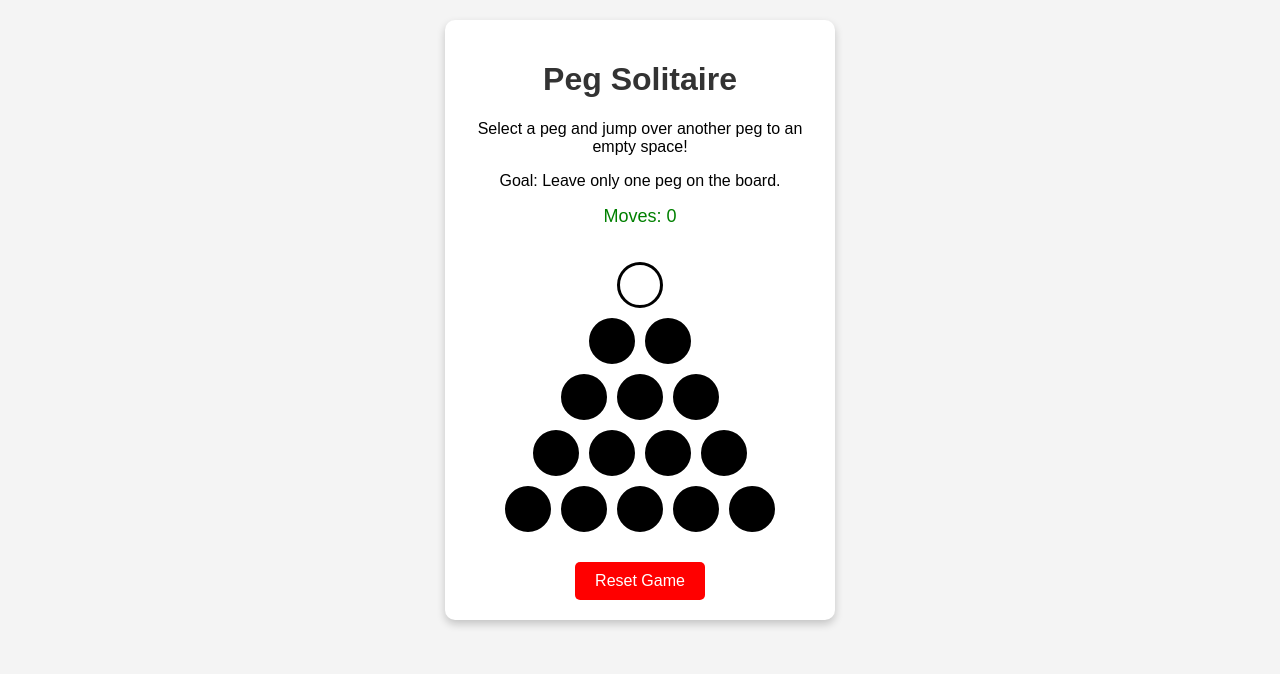
Repository: Yash19075/Mathematical-Peg-game
Page: Peg-game.html
An editor plug-in stored every save of this project. The page is shown before and after the next save, followed by the edit.
The browser window is 1280 px wide. The pictures show the whole page.

Above is the page before, as saved 2025-03-19 10:30:39.

### Peg-game.html
<!DOCTYPE html>
<html lang="en">
<head>
    <meta charset="UTF-8">
    <meta name="viewport" content="width=device-width, initial-scale=1.0">
    <title>Peg Solitaire</title>
    <link rel="stylesheet" href="Peg-game.css">
</head>
<body>

    <div class="container">
        <h1>Peg Solitaire</h1>
        <p>Select a peg and jump over another peg to an empty space!</p>
        <p>Goal: Leave only one peg on the board.</p>

        <div id="move-counter">Moves: 0</div>

        <div class="peg-board">
            <div class="row">
                <div class="peg" onclick="selectPeg(event)"></div>
            </div>
            <div class="row">
                <div class="peg" onclick="selectPeg(event)"></div>
                <div class="peg" onclick="selectPeg(event)"></div>
            </div>
            <div class="row">
                <div class="peg" onclick="selectPeg(event)"></div>
                <div class="peg" onclick="selectPeg(event)"></div>
                <div class="peg" onclick="selectPeg(event)"></div>
            </div>
            <div class="row">
                <div class="peg" onclick="selectPeg(event)"></div>
                <div class="peg" onclick="selectPeg(event)"></div>
                <div class="peg" onclick="selectPeg(event)"></div>
                <div class="peg" onclick="selectPeg(event)"></div>
            </div>
            <div class="row">
                <div class="peg" onclick="selectPeg(event)"></div>
                <div class="peg" onclick="selectPeg(event)"></div>
                <div class="peg" onclick="selectPeg(event)"></div>
                <div class="peg" onclick="selectPeg(event)"></div>
                <div class="peg" onclick="selectPeg(event)"></div>
            </div>
        </div>

        <button id="reset-btn" onclick="resetGame()">Reset Game</button>
    </div>

    <script src="Peg-game.js"></script>
</body>
</html>

### Peg-game.css
body {
    font-family: Arial, sans-serif;
    text-align: center;
    background-color: #f4f4f4;
}

.container {
    margin: 20px auto;
    width: 350px;
    background: white;
    padding: 20px;
    border-radius: 10px;
    box-shadow: 0 4px 8px rgba(0, 0, 0, 0.2);
}

h1 {
    color: #333;
}

.peg-board {
    display: flex;
    flex-direction: column;
    align-items: center;
    margin-top: 30px;
}

.row {
    display: flex;
    justify-content: center;
}

.peg {
    width: 40px;
    height: 40px;
    margin: 5px;
    background-color: white;
    border: 3px solid black;
    border-radius: 50%;
    cursor: pointer;
}

.peg:hover {
    background-color: lightgray;
}

#reset-btn {
    margin-top: 25px;
    padding: 10px 20px;
    font-size: 16px;
    background-color: red;
    color: white;
    border: none;
    cursor: pointer;
    border-radius: 5px;
}

#reset-btn:hover {
    background-color: darkred;
}

#move-counter {
    font-size: 18px;
    margin-top: 10px;
    color: green;
}

### Peg-game.js
let peg = [
    [0],
    [1,1],
    [1,1,1],
    [1,1,1,1],
    [1,1,1,1,1]
];
var moves = [];
for(let r = 0; r<20;r++)
{
    moves[r] = [];
}

let pegs = document.querySelectorAll(".peg");
// console.log(pegs);
let index = 0;
for(let i = 0; i< peg.length; i++)
{
    for(let j = 0; j < peg[i].length; j++)
        {
            if(peg[i][j] == 1)
            {
                pegs[index].style.backgroundColor = "black";
            }
            // console.log(`Peg at (${i}, ${j}): ${peg[i][j]}`);
            pegs[index].dataset.row = i;
            pegs[index].dataset.col = j;
            index++;
        }
}

// for (let peg of pegs) {
//     console.log(`Peg at index ${peg.dataset.row}, ${peg.dataset.col}`);
// }
let selectedPeg;
function selectPeg(event)
{
    // console.log("👉 CLICKED ELEMENT:", event.target);
    // console.log("🔍 DATASET:", event.target.dataset);
    let moveCount;
    let selected = event.target;
    let rowNO = parseInt(selected.dataset.row);
    let colNO = parseInt(selected.dataset.col);
    // console.log("🔍 DATASET:", rowNO ,colNO);
    if (selected.style.backgroundColor === "green" ) return;
    // console.log(`Selected ${rowNO}, ${colNO}`);
    // console.log(`The value of peg is ${peg[rowNO][colNO]}`);
    moveCount = validMoves(rowNO,colNO);
    if(selectedPeg == selected)
    {
        selectedPeg = null;
        return;
    }
    selectedPeg = selected;
    // console.log("Selected peg is ", selectedPeg);
    // console.log(moves)
    if(moveCount === 0)
        alert("No moves");
    for(let i = 0; i<moveCount;i++)
    {
        let target_row = moves[i][2];
        let target_col = moves[i][3];
        let index2 = move_to_index(target_row,target_col);
        pegs[index2].style.backgroundColor = "green";
        pegs[index2].addEventListener("click", movePeg)
    }
    // movePeg();
}

function movePeg(event) {
    // console.log("Selected peg is ", selectedPeg);
    let targeted = event.target;
    let targetRowNO = parseInt(targeted.dataset.row);
    let targetColNO = parseInt(targeted.dataset.col);

    let selectedRowNo = parseInt(selectedPeg.dataset.row);
    let selectedColNo = parseInt(selectedPeg.dataset.col);

    let midRowNo = (targetRowNO + selectedRowNo) / 2;
    let midColNo =(targetColNO + selectedColNo) / 2;

    if (peg[midRowNo][midColNo] == 0 || peg[targetRowNO][targetColNO] == 1 || peg[selectedRowNo][selectedColNo] == 0) {
        // console.log("Invalid move: Check peg positions.");
        return;
    }

    let selectedIndex = move_to_index(selectedRowNo, selectedColNo);
    let targetIndex = move_to_index(targetRowNO, targetColNO);
    let middleIndex = move_to_index(midRowNo, midColNo);

    peg[targetRowNO][targetColNO] = 1;
    peg[midRowNo][midColNo] = 0;
    peg[selectedRowNo][selectedColNo] = 0;

    // console.log(`Selected Peg: peg[${selectedRowNo}][${selectedColNo}] = ${peg[selectedRowNo][selectedColNo]}`);
    // console.log(`Mid Peg: peg[${midRowNo}][${midColNo}] = ${peg[midRowNo][midColNo]}`);
    // console.log(`Target Peg: peg[${targetRowNO}][${targetColNO}] = ${peg[targetRowNO][targetColNO]}`);

    // console.log(`move_to_index(${selectedRowNo}, ${selectedColNo}) = ${selectedIndex}`);
    // console.log(`move_to_index(${midRowNo}, ${midColNo}) = ${middleIndex}`);
    // console.log(`move_to_index(${targetRowNO}, ${targetColNO}) = ${targetIndex}`);
    // console.log(`selectedIndex: ${selectedIndex}, middleIndex: ${middleIndex}, targetIndex: ${targetIndex}`);
    // console.log(peg)

    pegs[selectedIndex].style.backgroundColor = "white";
    pegs[middleIndex].style.backgroundColor = "white";
    pegs[targetIndex].style.backgroundColor = "black";



    pegs.forEach(peg => {
        if (peg.style.backgroundColor === "green") {
            peg.style.backgroundColor = "white";
            peg.removeEventListener("click", movePeg);
        }
    });

    selectedPeg = null;
}

function move_to_index(i,j)
{
    let index1 = (i*(i+1)/2)+j;
    return index1;
}


function validMoves(row, col) {
    var count = 0;
    moves = [];

    var target_r = row - 2;
    if (target_r >= 0 && peg[target_r][col] == 0 && peg[row - 1][col] == 1) {
        moves[count] = [row, col, target_r, col];
        count++;
    }

    if (target_r >= 0 && col - 2 >= 0 && peg[target_r][col - 2] == 0 && peg[row - 1][col - 1] == 1) {
        moves[count] = [row, col, target_r, col - 2];
        count++;
    }

    var backward_r = row + 2;
    if (backward_r < peg.length && peg[backward_r][col] == 0 && peg[row + 1][col] == 1) {
        moves[count] = [row, col, backward_r, col];
        count++;
    }

    if (backward_r < peg.length && col + 2 <= backward_r && peg[backward_r][col + 2] == 0 && peg[row + 1][col + 1] == 1) {
        moves[count] = [row, col, backward_r, col + 2];
        count++;
    }

    var backward_c = col - 2;
    if (backward_c >= 0 && peg[row][backward_c] == 0 && peg[row][col - 1] == 1) {
        moves[count] = [row, col, row, backward_c];
        count++;
    }

    var forward_c = col + 2;
    if (forward_c <= row && peg[row][forward_c] == 0 && peg[row][col + 1] == 1) {
        moves[count] = [row, col, row, forward_c];
        count++;
    }

    return count;
}

After the next save:
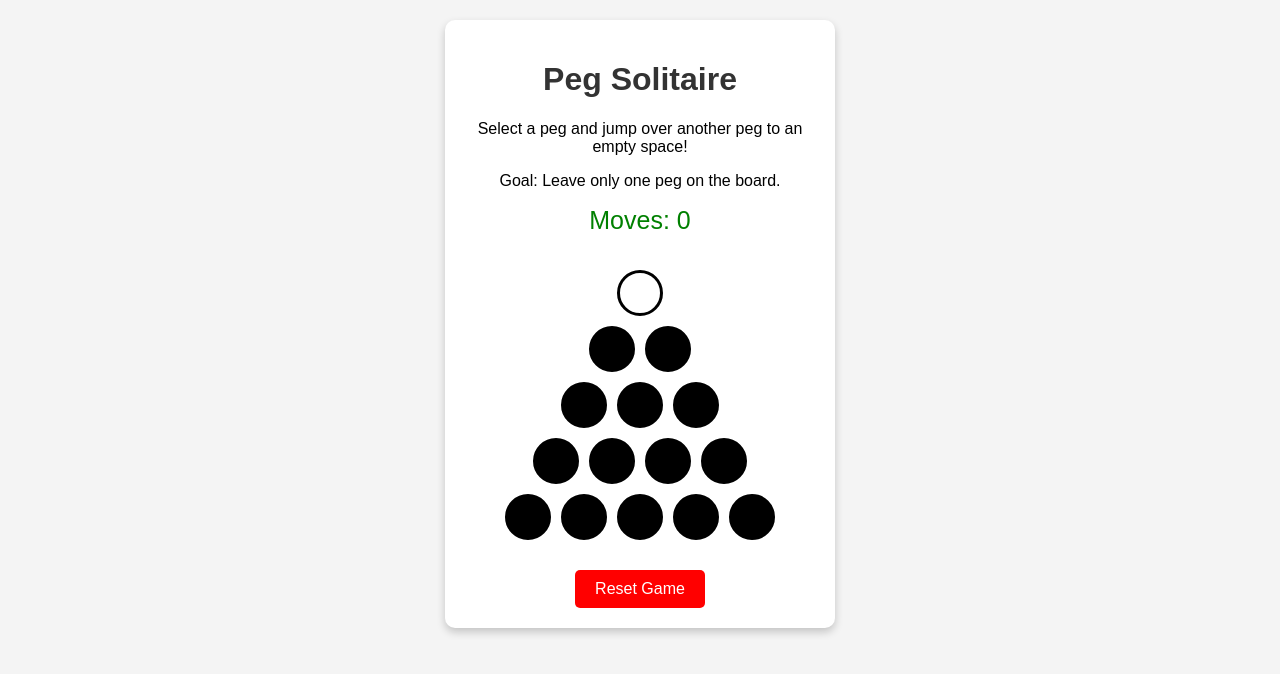
Saved 10 s later.
--- a/Peg-game.css
+++ b/Peg-game.css
@@ -59,7 +59,7 @@ h1 {
 }
 
 #move-counter {
-    font-size: 18px;
+    font-size: 25px;
     margin-top: 10px;
     color: green;
 }
